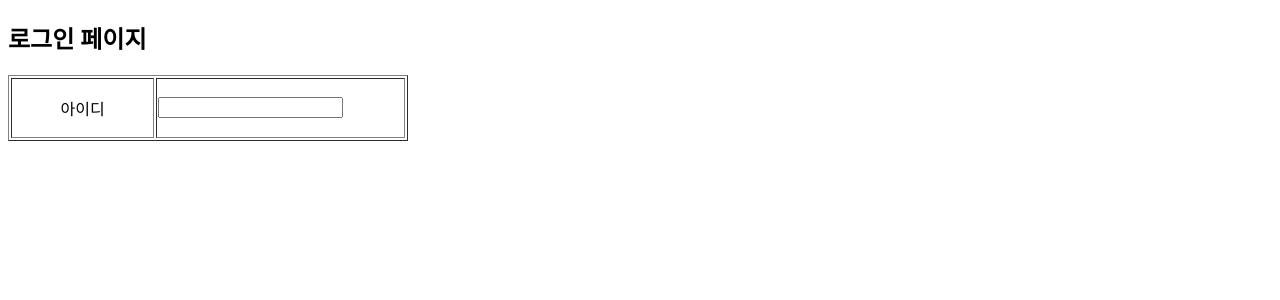
Repository: Parkjaeseong94/JspPractice1
Page: http://localhost/JSP1/RequestLogin.jsp
The author's editor kept a copy of each file at every save. The page is drawn from the files as they stood at one save, then again after the next save.
The browser window is 1280 px wide. The pictures show the whole page.
The page is served by Tomcat 9.

Above is the page before, as saved 2024-02-15 11:12:25.

### JSP1/src/main/webapp/RequestLogin.jsp
<%@ page language="java" contentType="text/html; charset=EUC-KR"
    pageEncoding="EUC-KR"%>
<!DOCTYPE html>
<html>
<head>
<meta charset="EUC-KR">
<title>Insert title here</title>
</head>
<body>
		<h2> 로그인 페이지 </h2>

		<form action="RequestLogionProc.jsp" method="get">
		<table width="400" border="1">
		<tr height="60">
			<td align="center" width="150"> 아이디 </td>
			<td align="Left" width="250">
				<input type="text" name="id">
			</td>
		</tr>
		</table>


		</form>
</body>
</html>

After the next save:
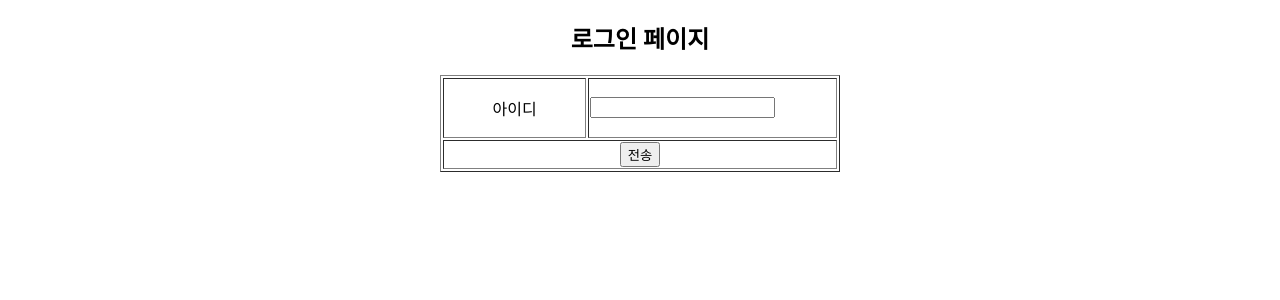
Saved 14 h 25 min later.
--- a/JSP1/src/main/webapp/RequestLogin.jsp
+++ b/JSP1/src/main/webapp/RequestLogin.jsp
@@ -7,6 +7,8 @@
 <title>Insert title here</title>
 </head>
 <body>
+
+		<center>
 		<h2> 로그인 페이지 </h2>
 
 		<form action="RequestLogionProc.jsp" method="get">
@@ -17,9 +19,14 @@
 				<input type="text" name="id">
 			</td>
 		</tr>
+		<tr heights="60">
+			<td colspan="2" align="center">
+			<input type="submit" value="전송">
+		</td>
+		</tr>
 		</table>
+		</form>
+		</center>
 
-
-		</form>
 </body>
 </html>
